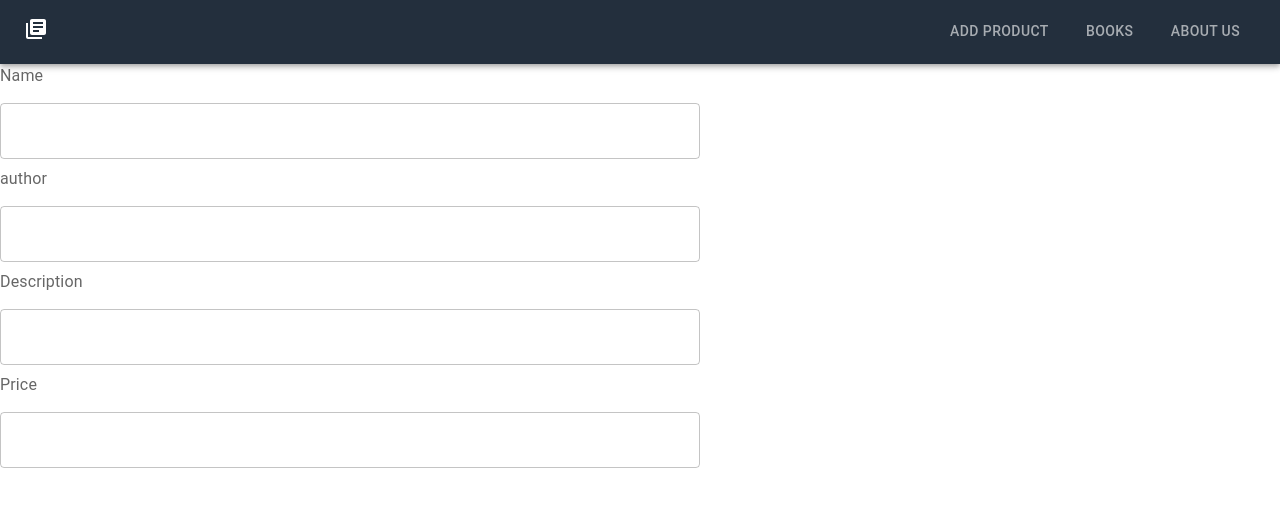
Repository: CydexCode/Book_Store_App-MERN-Stack
Page: /add (app in book-store/)
An editor plug-in stored every save of this project. The page is shown before and after the next save, followed by the edit.
The browser window is 1280 px wide. The pictures show the whole page.
The project was rebuilt for these pictures with package versions that can differ from the ones it lists, and the page was loaded fresh each time. Also part of the build but not shown: book-store/src/components/Home.js, book-store/src/components/Book/Book.css, book-store/src/components/Book/Book.js, book-store/src/components/Book/Books.js, book-store/src/components/About.js.

Above is the page before, as saved 2022-09-08 13:25:11.

After the next save:
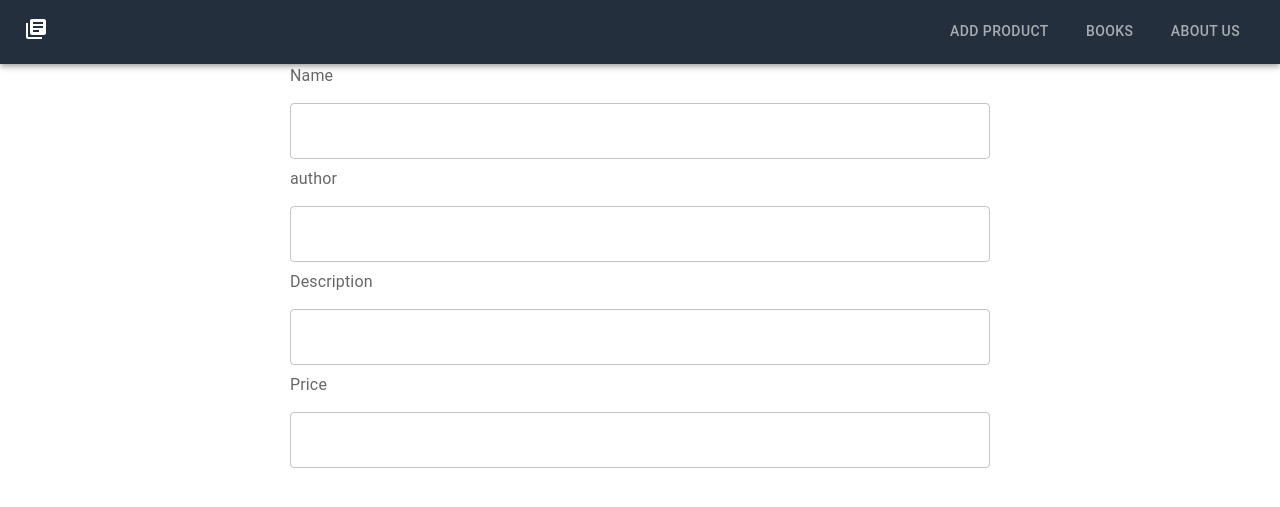
Saved 3 min 17 s later.
--- a/book-store/src/components/AddBook.js
+++ b/book-store/src/components/AddBook.js
@@ -5,7 +5,7 @@ import React from 'react';
 const AddBook = () => {
   return (
 <form>
-    <Box display='flex' flexDirection='column' justifyContent={'center'} maxWidth={700}>
+    <Box display='flex' flexDirection='column' justifyContent={'center'} maxWidth={700} alignContent={'center'} alignSelf='center' marginLeft={"auto"} marginRight='auto'>
     <FormLabel>Name</FormLabel>
 <TextField margin='normal' fullWidth variant='outlined' name='name'/>
 <FormLabel>author</FormLabel>
